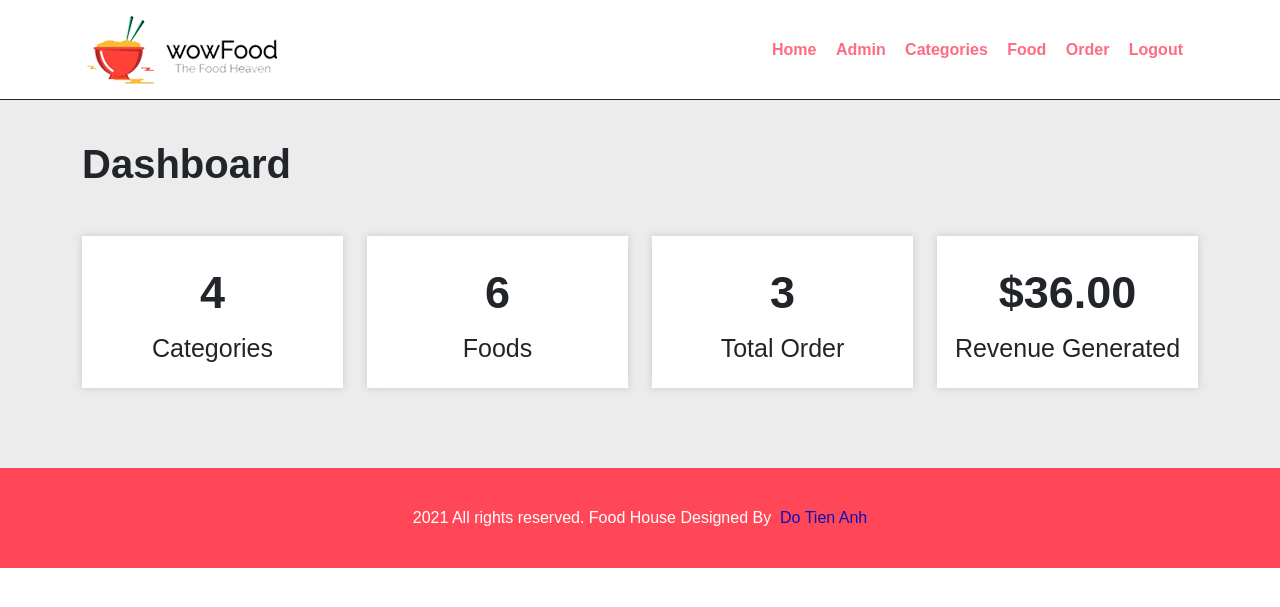
Repository: ruaruababa/RestaurantBS5
Page: http://localhost/admin/index.php
The author's editor kept a copy of each file at every save. The page is drawn from the files as they stood at one save, then again after a run of saves.
The browser window is 1280 px wide. The pictures show the whole page.
The page is run by PHP 8.4 with error messages shown; the project is at /var/www/html/.

Above is the page before, as saved 2021-09-26 22:07:03.

After the next 2 saves:
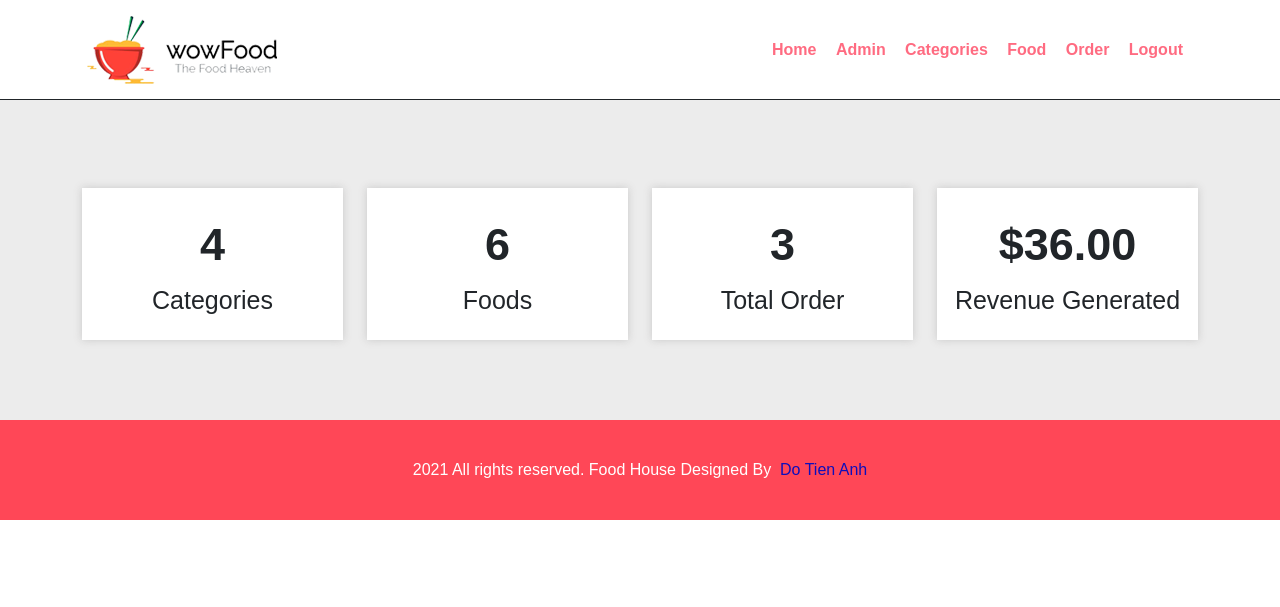
The 2 saves are shown as one change because they came seconds apart.
The last was saved 82 s later.
--- a/admin/index.php
+++ b/admin/index.php
@@ -66,7 +66,7 @@
     <!-- Slider -->
     <div class="main">
         <div class="container">
-            <h4 class="main__title">Dashboard</h4>
+            <h4 class="main__title"><a href="#"></a></h4>
             <div class="row">
                 <div class="col-lg-3 ">
                     <div class="main__dashboard">

After the save that followed:
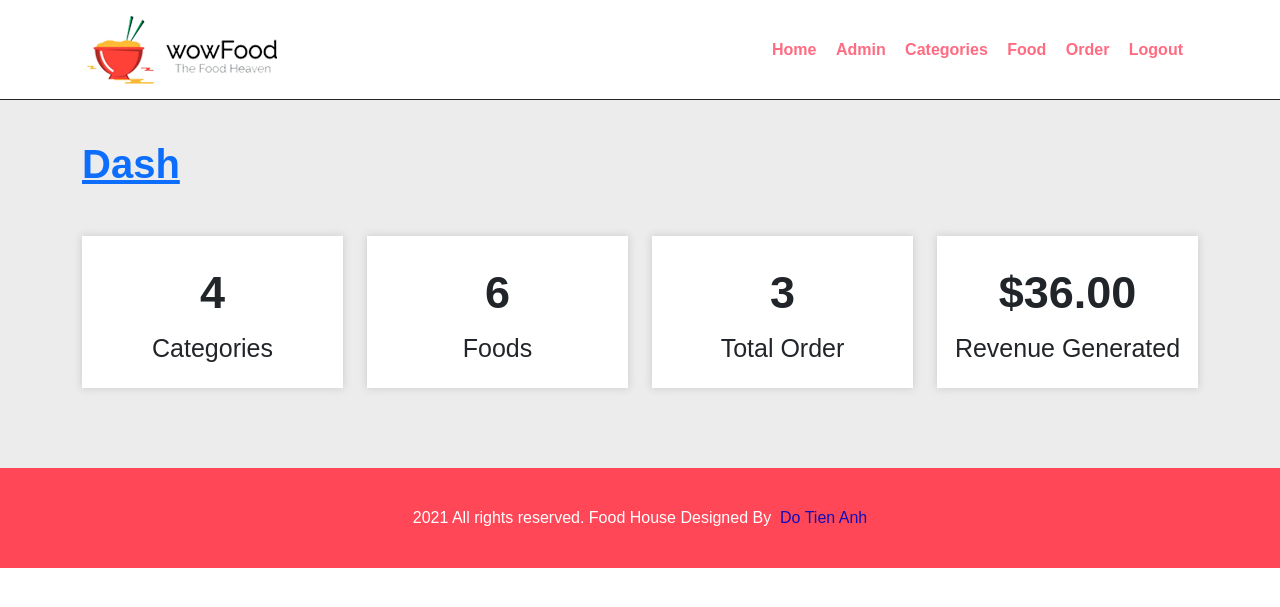
Saved 4 s later.
--- a/admin/index.php
+++ b/admin/index.php
@@ -66,7 +66,7 @@
     <!-- Slider -->
     <div class="main">
         <div class="container">
-            <h4 class="main__title"><a href="#"></a></h4>
+            <h4 class="main__title"><a href="#">Dash</a></h4>
             <div class="row">
                 <div class="col-lg-3 ">
                     <div class="main__dashboard">
